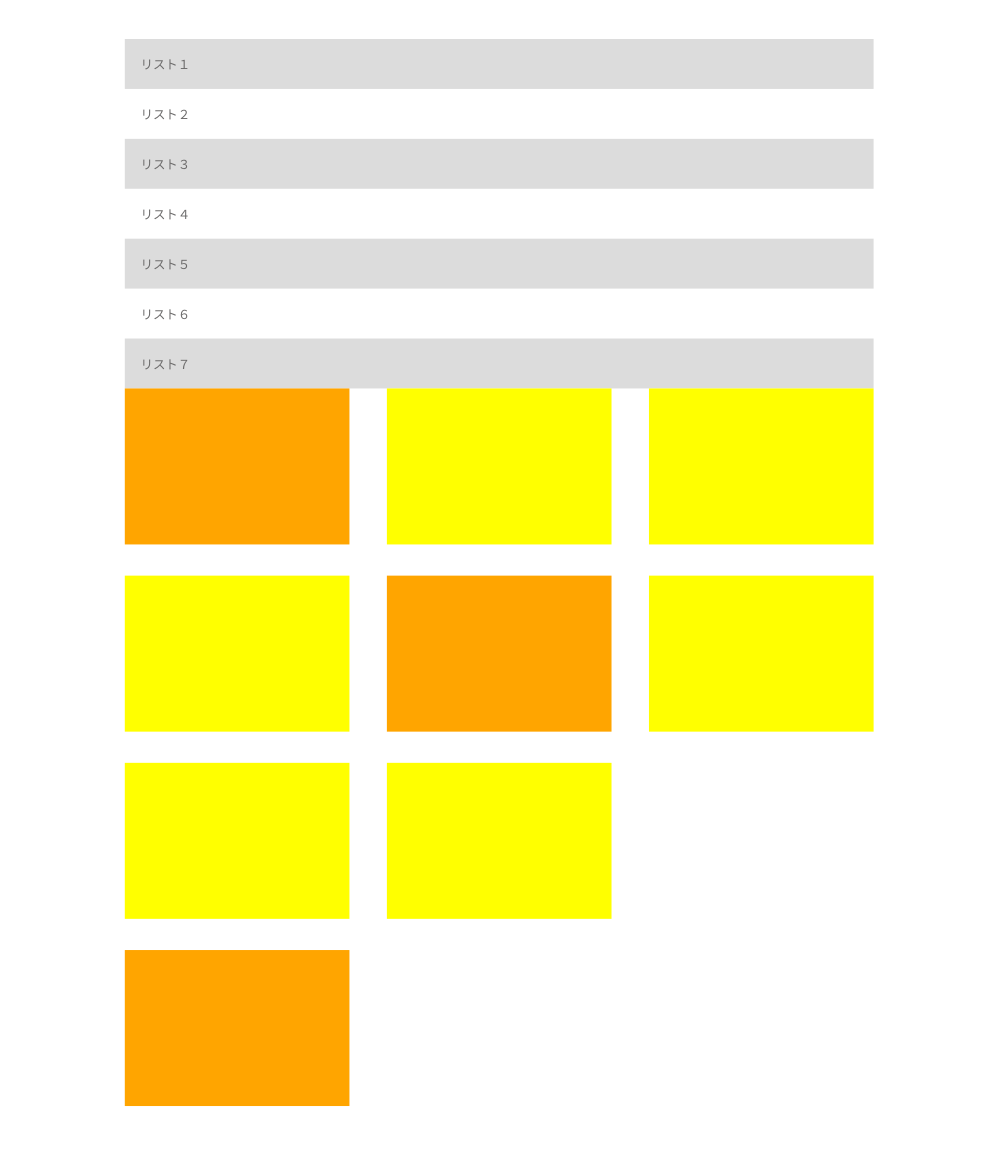
Repository: kiruha313/DWC
Page: exersise8/index.html
The author's editor kept a record of every edit. The page is drawn from the files as they stood at one moment, then again after the next edit.
The browser window is 1280 px wide. The pictures show the whole page, at 78% of full size.

Above is the page before.

After the next edit:
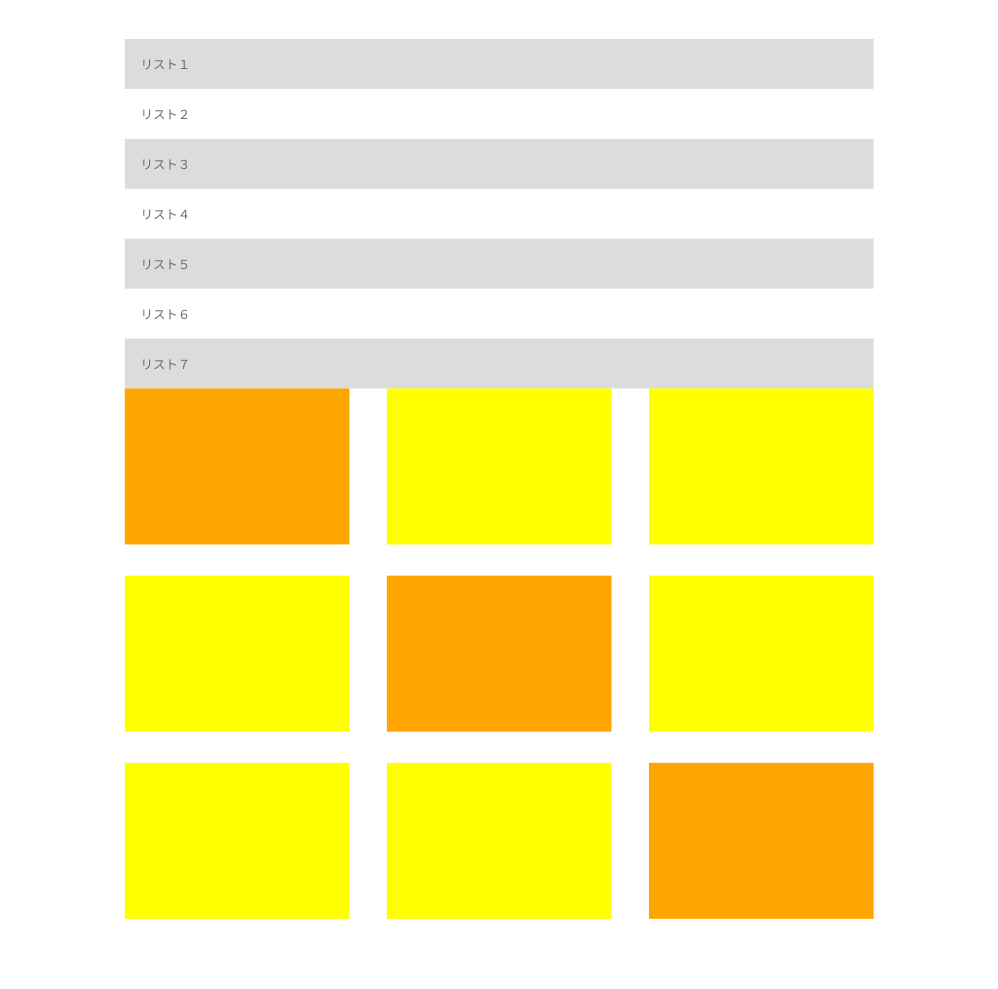
The edit:
--- a/exersise8/style.css
+++ b/exersise8/style.css
@@ -89,6 +89,4 @@
   width: 30%;
   height: 200px;
   background-color: orange;
-  margin-bottom: 40px;
-  margin-right: 5%;
 }
